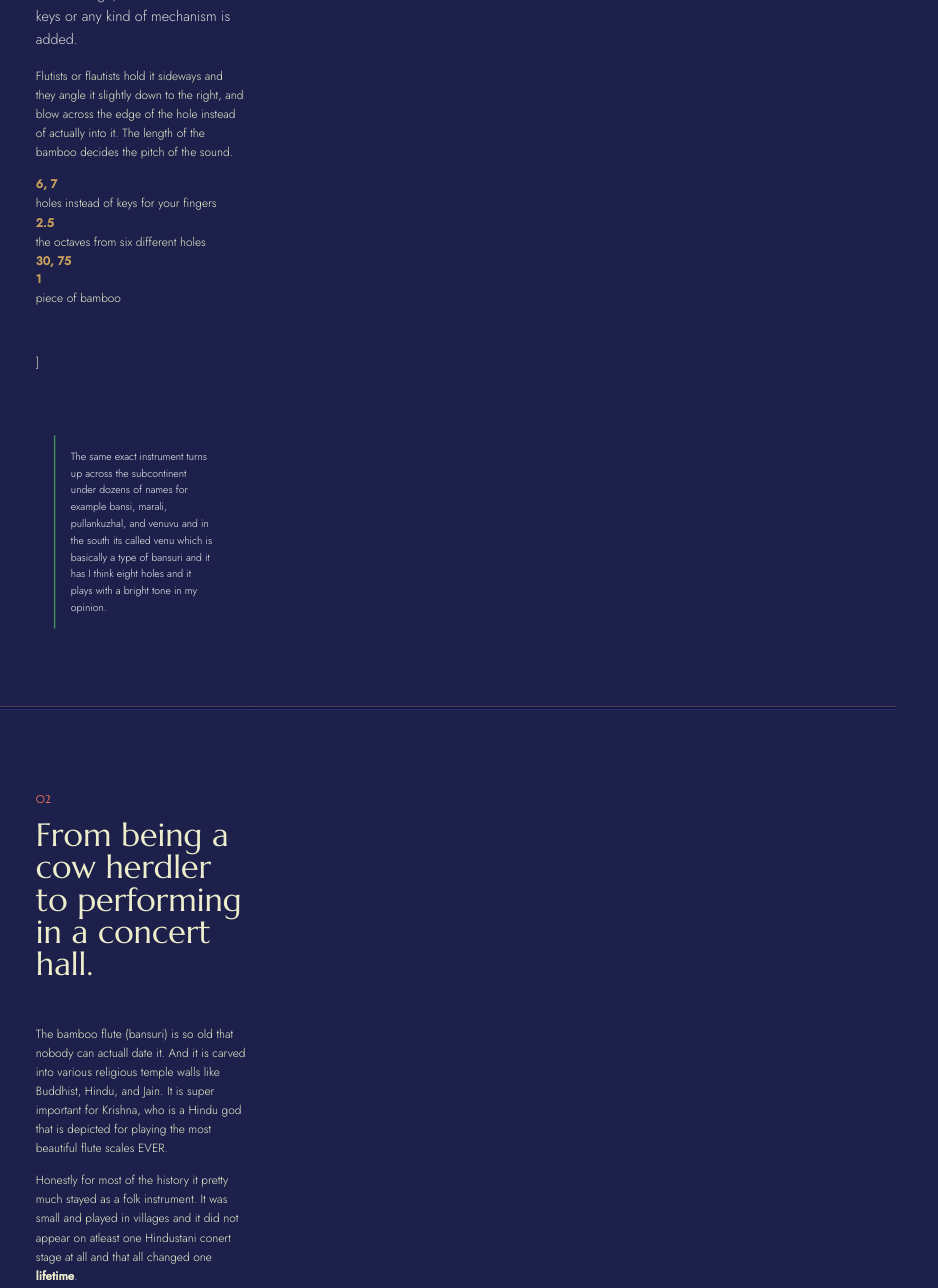
Repository: manayparikh1/Bansi
Page: index.html
These files come from the project's save history. The page is drawn as it stood at one moment and after the next save; the edit follows.
The browser window is 1280 px wide. The page is 1340 px wide, so the pictures cover 1340 px, including what lies to the right of the window. The pictures show the part of the page from y = 1307 to 3147 px (the page is 5620 px tall before and 5730 px after), at 70% of full size.

Above is the page before, as saved 2026-09-20 20:55:29.

### index.html
<!DOCTYPE html>
<html lang="en">

<head>
    <meta charset="utf-8">
    <meta name="viewport" content="width=device-width, initial-scale=2.0">
    <title>Bansuri ——— the flute with NO keys</title>
    <link rel="preconnect" href="https://fonts.googleapis.com">
    <link rel="preconnect" href="https://fonts.gstatic.com" crossorigin>
    <link href="https://fonts.googleapis.com/css2?family=Marcellus&family=Jost:wght@300;400;500&display=swap"
        rel="stylesheet">
    <link rel="stylesheet" href="style.css">
</head>

<body>
    <div class="stars"></div>
    <nav class="bar">
        <span class="mark">बाँसुरी</span>
        <div class="links">
            <a href="#what">The bamboo object</a>
            <a href="#story">The story of it</a>
            <a href="#play">How is it actually played?</a>
            <a href="#studio" class="hot">Wanna try it?</a>
        </div>
    </nav>
    <!-- ===Hero=== -->
    <header class="hero" id="top">
        <div class="hero-inner">
            <p class="eyebrow">A cylinder full of life...and bamboo. Six holes. No keys, reeds, or metal anywhere.</p>
            <h1>The flute that<br>breaths like<br><em>a voice</em></h1>
            <p class="stand">
                There is actually nothing inside a bansuri. It is a piece of bamboo that comes in all shapes and sizes.
                And it is closed at one end with the holes of it burned throughout it on its surface by hand. Everything
                else comes out of a player's fingers and breath.
            </p>
            <a class="cta" href="#studio">Play one below? Scroll down.</a>
        </div>

        <div class="hero-flute">
            <div class="tube big">
                <span class="node n1"></span>
                <span class="node n2"></span>
                <span class="blow"></span>
                <span class="hole h0"></span>
                <span class="hole h1"></span>
                <span class="hole h2"></span>
                <span class="hole h3"></span>
                <span class="hole h4"></span>
                <span class="hole h5"></span>
            </div>
        </div>
        <a class="scroll-hint" href="#what">scroll</a>
    </header>

    <!-- ==1. the object-->
    <section class="band" id="what">
        <div class="wrap two-col">
            <div class="col-head">
                <p class="num">01</p>
                <h2>What even is a Bansuri?</h2>
            </div>
            <div class="col-body">
                <p class="lead">
                    A bansuri is a piece of bamboo and it is closed at one end with a blowing hole cut a few centimeters
                    from the end thats closed and that are around 6 to 7 finger holes running down the body of it (the
                    bamboo). That is basically the entire design, so no mechnical keys or any kind of mechanism is
                    added.
                </p>
                <p>
                    Flutists or flautists hold it sideways and they angle it slightly down to the right, and blow across
                    the edge of the hole instead of actually into it. The length of the bamboo decides the pitch of the
                    sound.
                </p>
                <div class="fact">
                    <b>6, 7</b>
                    <span>holes instead of keys for your fingers</span>
                </div>
                <div class="fact"><b>2.5</b><span>the octaves from six different holes</span></div>
                <div class="fact"><b>30, 75</b></div>
                <div class="fact"><b>1</b></span>piece of bamboo</div>
            </div>]

            <p class="aside-note">
                The same exact instrument turns up across the subcontinent under dozens of names for example bansi,
                marali,
                pullankuzhal, and venuvu and in the south its called venu which is basically a type of bansuri and it
                has I
                think eight holes and it plays with a bright tone in my opinion.
            </p>
        </div>
        </div>
    </section>
    <!-- == 2.story -->
    <section class="band tint" id="story">
        <div class="wrap two-col">
            <div class="col-head">
                <p class="num">02</p>
                <h2>From being a cow herdler to performing in a concert hall.</h2>
            </div>
            <div class="col-body">
                <p class="hello">
                    The bamboo flute (bansuri) is so old that nobody can actuall date it. And it is carved into various
                    religious temple walls like Buddhist, Hindu, and Jain. It is super important for Krishna, who is a
                    Hindu god that is depicted for playing the most beautiful flute scales EVER.
                </p>
                <p>
                    Honestly for most of the history it pretty much stayed as a folk instrument. It was small and played
                    in villages and it did not appear on atleast one Hindustani conert stage at all and that all changed
                    one <strong>lifetime</strong>.
                </p>

                <div class="people">
                    <div class="person">
                        <p class="years">1911-1960</p>
                        <h3>Pannalal Ghosh</h3>
                        <p>
                            He was born in Barisal and he rebuilt the instrument to make it fit for classical music. And
                            it was much more longer than any other flute that time, around 32 inches I believe. It
                            dropped the pitch and gave it the sustain effect a raga needs. He popularized the seventh
                            hole and studied under someone named Allauddin Khan. Before him the bansuri was not even a
                            concert instrument, it was used only for village songs. But he made such a big change that
                            after him it was.
                        </p>
                    </div>
                    <div class="person">
                        <p class="years">Born on 1938</p>
                        <h3>Hariprasad Chaurasia</h3>
                        <p>
                            He is still alive today and one of my favourite flute players in the world. He carried it
                            out of India. Fifty years of recordings across most of the major ragas. He taught gurukul in
                            Vrindavan, and collabed with Western musicians and he gave the bansuri a profile thats
                            comparable with the sitar.
                        </p>
                    </div>
                </div>
                <p class="tabla">
                    In a performance the bansuri is usually joined by another Indian instrument called the Tabla, which
                    many of you have heard. It is used for rhythm and a tanpura droning underneath, holding the tonic of
                    the bansuri so the never loses its pitch. You can switch that drone on in the studio below.
                    <strong>Try it</strong>.
                </p>
            </div>
        </div>
    </section>
    <!--==3. how is it ac played-->
    <section class="band" id="play" <div class="wrap two-col">

        <div class="col-head" <p class="num">003</p>
            <h2>Why having no keys is basically the whole point!</h2>
            <div>
                <div class="col-body">
                    <p class="lead">
                        A western flute gives you a key per every note. Press it and you get the note and the pitch
                        between two keys does not exist (some of you may not understand what I am saying here but thats
                        fine). The bansuri has nothing buton open holes and the pads of your fingers, which sounds super
                        good for bansuri because you can add sounds that are not even possible on the western flute by
                        sliding and gliding your fingers. (I'll show you a audio recording of me playing in the very
                        bottom).
                    </p>
                    <p>
                        Because a finger can cover a hole halfway, or a third of the way, or roll slowly off it, the
                        player has every pitch between the notes. That is how the flats and sharps of different ragas
                        are found on an instrument with holes that are fixed and it is how a bansuri slides from one
                        note into the next into a single breath.
                    </p>
                    <p>
                        The seven swaras are <b>Sa Re Ga Ma Pa Dha Ni</b>, and Sa is not a fixed frequency surprisingly.
                        It is wherever the flute of the player sits.
                    </p>
                    <div class="rowforswaras">
                        <span>सा<i>Sa</i></span><span>रे<i>Re</i></span><span>ग<i>Ga</i></span>
                        <span>म<i>Ma</i></span><span>प<i>Pa</i></span><span>ध<i>Dha</i></span>
                        <span>नि<i>Ni</i></span>
                    </div>
                </div>
            </div>
    </section>
    <!-- ===4.Studio=== -->
    <section class="thestudio" id="thestudio">
        <div class="wrap">
            <header class="studio-head">
                <p class="gold">The studio</p>
                <h2>Play it <strong>without</strong> blowing</h2>
                <p class="studiosub">
                    Press the swara pads or use the row of your keyboard
                    <kbd>A</kbd><kbd>S</kbd><kbd>D</kbd><kbd>F</kbd><kbd>G</kbd><kbd>H</kbd><kbd>J</kbd><kbd>K</kbd>.
                    Hold a note to keep it sustained and the flute above will show you which holes a real player would
                    be covering (as an example).
                </p>
            </header>
            <!-- the main primary instrument with the actually tube creation-->
            <div class="instrument" id="theflute">
                <div class="tube">
                    <span class="node n1"></span>
                    <span class="node n2"></span>
                    <span class="node n3"></span>
                    <span class="blow"></span>
                    <span class="hole h0" id="h0"></span>
                    <span class="hole h1" id="h1"></span>
                    <span class="hole h2" id="h2"></span>
                    <span class="hole h3" id="h3"></span>
                    <span class="hole h4" id="h4"></span>
                    <span class="hole h5" id="h5"></span>
                    <!-- only these much holes are enough because its good for beginners. -->
                </div>
                <p class="breath" id="breath">resting</p>
            </div>
            <!-- Controls -->
            <div class="thedesk">
                <div class="set">
                    <p class="set-label">Raga Colour</p>
                    <div class="thechips" id="thaats">
                        <button type="button" class="chip on" data-thaat="bilwal">Bilwal<i>all natural</i></button>
                        <button type="button" class="chip" data-thaat="yaman">Yaman<i>Ma is sharp</i></button>
                        <button type="button" class="chip" data-thaat="bhairav">Bhairav<i>Re and Dha is flat</i>
                        </button>
                        <button type="button" class="chip" data-thaat="kafi">Kafi<i>Ga and Ni is flat</i></button>
                    </div>
                </div>
                <div class="set">
                    <!-- testing straight from my flute -->
                </div>
                <p class="set-label">Length of the bamboo</p>
                <div class="thechips" id="sizes">
                    <button type="button" class="chip" data-base="220.00">Long<i>deep</i></button>
                    <button type="button" class="chip on" data-base="293.66">Medium<i>middle</i></button>
                    <button type="button" class="chip" data-base="392.00">Short<i>bright</i></button>
                </div>
            </div>
            <div class="set">
                <p class="set-label">Tanpura</p>
                <div class="thechips">
                    <button type="button" class="chip" id="drone">Drone Off</button>
                </div>
            </div>
        </div>
        <!-- Swara pads for the fingerings virtual padss-->
        <div class="thepads" id="thepads"></div>
        <p class="thefootnote">
            It has real fingering and it is super simplified: the lower four swaras are created by uncovering the holes
            one at a time at any speed you want, and the upper four repeat those shapes while the player blows harder
            with more embochure to jump an octave (I will show you that later). The flats and sharps that seperate one
            raga from another are actually found by covering half the hole, which a mouse, cursor or whatever you are
            using to test will not be able to imitate. So you need a real one for that.
        </p>
        </div>
    </section>
    <div class="wrap">
        <!-- this is written in devanagri and it is written the same in hindi and nepali बाँसुरी : flute-->
        <footer class="foot">
            <p class="foot-big">बाँसुरी</p>
            <p>A page about a hollow stick that can play as if it sings.</p>
            <p class="small">
                The sound is generated live with the Web Audio Api. If you want to see a page of me with audios of
                playing flute scroll down to the bottom.
            </p>
    </div>
    </footer>
    <!-- above is gonna be the footer -->
    <script src="app.js"></script>
</body>

</html>

### style.css
:root {
    --night: #1c204a;
    --violet: #30397d;
    --deep: #101644;
    --cream: #ededcc;
    --bamboo: #C9A15c;
    --bamboo2: #C9A15c;
    --marigold: #ec9c40;
    --rose: #f17458;
    --peacock: #49925e;
    --muted: #f2f2f2;
    --wrap: 1360px;
    --pad: clamp(20px, 4vw, 64px);
}

* {
    box-sizing: border-box;
}

html {
    scroll-behavior: smooth;
}

body {
    margin: 0;
    color: var(--cream);
    background: var(--night);
    font-family: 'Jost', Helvetica, Arial, sans-serif;
    font-size: 17px;
    font-weight: 300;
    line-height: 1.6;
    overflow-x: hidden;
}

h1,
h2,
h3 {

    font-family: 'Marcellus', Georgia, serif;
    font-weight: 410;
    margin: 0;
    line-height: 1.0;
}

p {
    margin: 0 0 1.1em;
}

p:last-child {
    margin-bottom: 0;
}

b {
    font-weight: 500;
    color: var(--bamboo);
}

em {
    font-style: normal;
    color: var(--marigold);
}

.wrap {
    width: 100%;
    max-width: var(--wrap);
    margin: 0 auto;
    padding: 0 var(--pad);
}

/*-- the field where stars are gonna be added --*/
.stars {
    position: fixed;
    inset: 0;
    z-index: 0;
    pointer-events: none;

    background-image: radial-gradient(1.4px 1.4px at 13% 18%, rgba(243, 234, 217, 0.55) 50%, transparent 51%),
        radial-gradient(1.2px 1.2px at 34% 63%, rgba(243, 234, 217, 0.4) 50%, transparent 51%),
        radial-gradient(1.6px 1.6px at 58% 24%, rgba(243, 234, 217, 0.5) 50%, transparent 51%),
        radial-gradient(1.2px 1.2px at 77% 69%, rgba(243, 234, 217, 0.36) 50%, transparent 51%),
        radial-gradient(1.5px 1.5px at 90% 35%, rgba(243, 234, 217, 0.45) 50%, transparent 51%),
        radial-gradient(1.2px 1.2px at 25% 85%, rgba(243, 234, 217, 0.35) 50%, transparent 51%),
        radial-gradient(1.3px 1.3px at 66% 88%, rgba(243, 234, 217, 0.39) 50%, transparent 51%),
}

body>*:not(.stars) {
    position: relative;
    z-index: 1;
}

/*-- Nav --*/
.bar {
    position: sticky;
    top: 0;
    z-index: 30;
    display: flex;
    justify-content: space-between;
    align-items: center;
    gap: 20px;
    backdrop-filter: blur(8px);
    border-bottom: 1px solid #2a2a5f;
    padding: 15px var(--pad);
    background: rgba(30, 36, 81, 0.87);
}

.mark {
    font-size: 22px;
    font-family: 'Marcellus', serif;
    color: var(--bamboo);
}

.links {
    display: flex;
    gap: 25px;
    flex-wrap: wrap;
}

.links a {
    font-size: 15px;
    color: var(--muted);
    text-decoration: none;
}

.links a:hover {
    color: var(--cream);
}

/* No matter what, marigold should be used for the hot class,
so !important is added to override any other styles that may be applied to it. */
.hot {
    color: var(--marigold) !important;
}

/*hero*/
/* I change the view height a bit to make it more visually appealing */
.hero {
    position: relative;
    min-height: calc(100vh - 57px);
    min-height: calc(100svh - 57px);
    display: flex;
    flex-direction: column;
    justify-content: center;
    padding: 40px var(--pad) 70px;
    background:
        radial-gradient(1100px 620px at 78% 22%, rgba(35, 42, 92, 0.85) 0%, transparent 70%),
        radial-gradient(760px 423px at 8% 85%, rgba(31, 165, 160, 0.1), transparent 70%);
}

.hero-inner {
    max-width: 680px;
}

.eyebrow {
    font-size: 12.5px;
    letter-spacing: 0.22em;
    text-transform: uppercase;
    color: var(--peacock);
    margin-bottom: 22px;
}

.eyebrow.g {
    color: var(--marigold);
}

h1 {
    font-size: clamp(42px, 6.6vw, 96px);
    margin-bottom: 26px;
}

.stand {
    max-width: 56ch;
    font-size: clamp(17px, 2.1vw, 22px);
    color: #7f7f7f;
    margin-bottom: 29px;
}

.cta {
    display: inline-block;
    letter-spacing: 0.05em;
    background: var(--bamboo);
    padding: 14px 29px;
    font-size: 15px;
    color: var(--night);
}

.cta:hover {
    background: var(--marigold);
}

.hero-flute {
    position: absolute;
    right: -5%;
    bottom: 11%;
    width: 62%;
    max-width: 890px;
    transform: rotate(-13.5deg);
    opacity: 0.945;
    pointer-events: none;
    animation: float 9s ease-in-out infinite;
}

/*helps with the animation of the design*/
.scroll-hint {
    position: absolute;
    left: var(--pad);
    bottom: 25px;
    letter-spacing: 0.3em;
    text-transform: uppercase;
    color: var(--muted);
    font-size: 12px;
}

/*bambooo*/
.tube {
    position: relative;
    border-radius: 26px;
    height: 54px;
    background: linear-gradient(180deg, var(--bamboo) 0%, var(--bamboo2) 62%, #6F5124 100%);
}

/*be careful of spacing because there was syntax-errors*/
.tube.big {
    height: 62px;
    border-radius: 30px;
}

.node {
    position: absolute;
    top: 0;
    bottom: 0;
    width: 9px;
    background: rgba(73, 55, 46, 0.5)
}

/* THE FLUTE PIC TyPE OF THING WILL BE ON THE TOP OF THE PAGE (not the testing one) */
.n1 {
    left: 22%
}

.n2 {
    left: 62%;
}

.n3 {
    left: 90%;
}

.blow {
    position: absolute;
    left: 7%;
    top: 50%;
    width: 26px;
    height: 20px;
    margin-top: -10px;
    border-radius: 50%;
    background: rgba(73, 55, 46, 0.5);
}

.hole {
    position: absolute;
    top: 50%;
    width: 20px;
    height: 20px;
    margin-top: -11px;
    border-radius: 50%;
    background: rgba(73, 55, 46, 0.5);
    transition: background 0.09s, box-shadow 0.09s;
}

.h0 {
    left: 31.5%;
}

.h1 {
    left: 41.5%;
}

.h2 {
    left: 51%;
}

.h3 {
    left: 69%;
}

.h4 {
    left: 76.5%;
}

.h5 {
    left: 84%;
}

/*--the bands*/
/*it is the titles of the whole thing (very important for looks+organization*/
.band {
    padding: clamp(70px, 9vw, 130px) 0;
    /*changing it into a dual line which willl look SUPER awesome*/
    border-top: 1px solid var(--violet);
    box-shadow: 0 -3px 0 0 var(--deep), 0 -4px 0 0 rgba(201, 161, 92, 0.4);
}

.band.tint {
    background: linear-gradient(170deg, var(--), var(--night));
}

.two-col {
    display: grid;
    grid-template-columns: minmax(200px, 300px);
    gap: clamp(28px, 5vw, 80px);
    align-items: start;
}

.num {
    font-family: 'Marcellus', serif;
    color: var(--rose);
    margin-bottom: 15px;
    font-size: 16px;
}

h2 {
    font-size: clamp(30px, 3.6vw, 52px);
}

.col-body {
    max-width: 66ch;
}

.lead {
    font-size: clamp(18px, 1.6vw, 21px);
    color: #dcd8d8;
}

.aside-note {
    margin: 26px;
    padding: 18px 22px;
    border-left: 2px solid var(--peacock);
    color: var(--muted);
    font-size: 15px;
}

/*the facts strip with the famous figures*/
.facts {
    display: grid;
    grid-template-columns: repeat(auto-fit, minmax(min(130px, 100%), 1fr));
    gap: 18px;
    /*looks better for reading:*/
    margin-top: 34px;
    margin-bottom: 4px;
    padding-top: 26px;
    border-top: 1px solid var(--violet);
}

.fact b {
    display: block;
    font-weight: bold;
}

Loaded but not shown: app.js (no stored copy; drawn as an empty file)

After the next save:
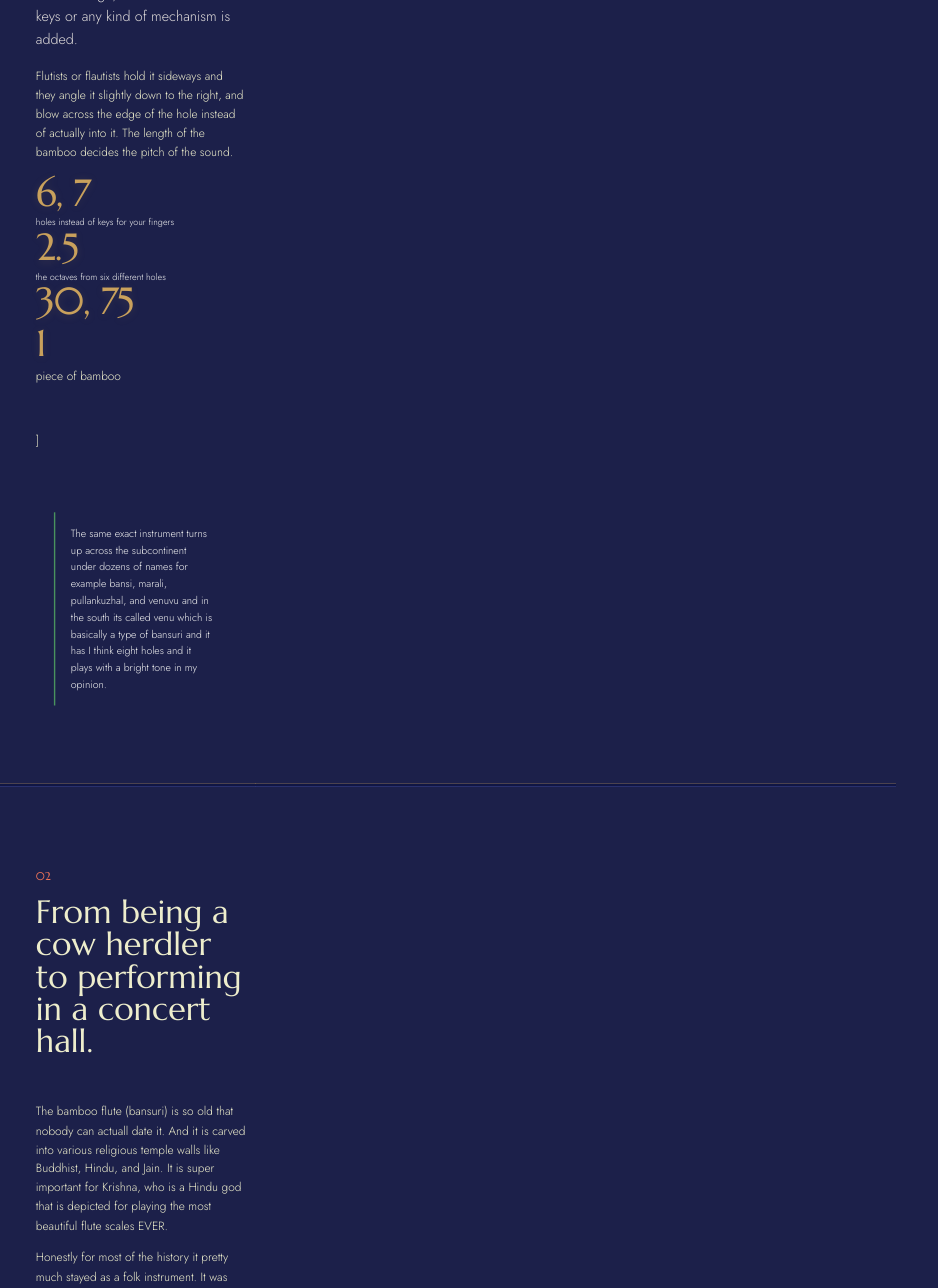
Saved 15 min 50 s later.
--- a/style.css
+++ b/style.css
@@ -353,5 +353,21 @@ h2 {
 
 .fact b {
     display: block;
-    font-weight: bold;
-}
+    font-family: 'Marcellus', Georgia, serif;
+    font-size: clamp(36px, 5vw, 54px);
+    color: var(--bamboo);
+    line-height: 0.95;
+    letter-spacing: -00.03em;
+    margin-bottom: 8px;
+    text-shadow: 0 2px 12px rgba(201, 161, 91, 0.15);
+}
+
+.fact span {
+    display: block;
+    font-size: 13px;
+    color: var(--muted);
+    margin-top: 8px;
+    line-height: 1.4;
+}
+
+/*people*/
